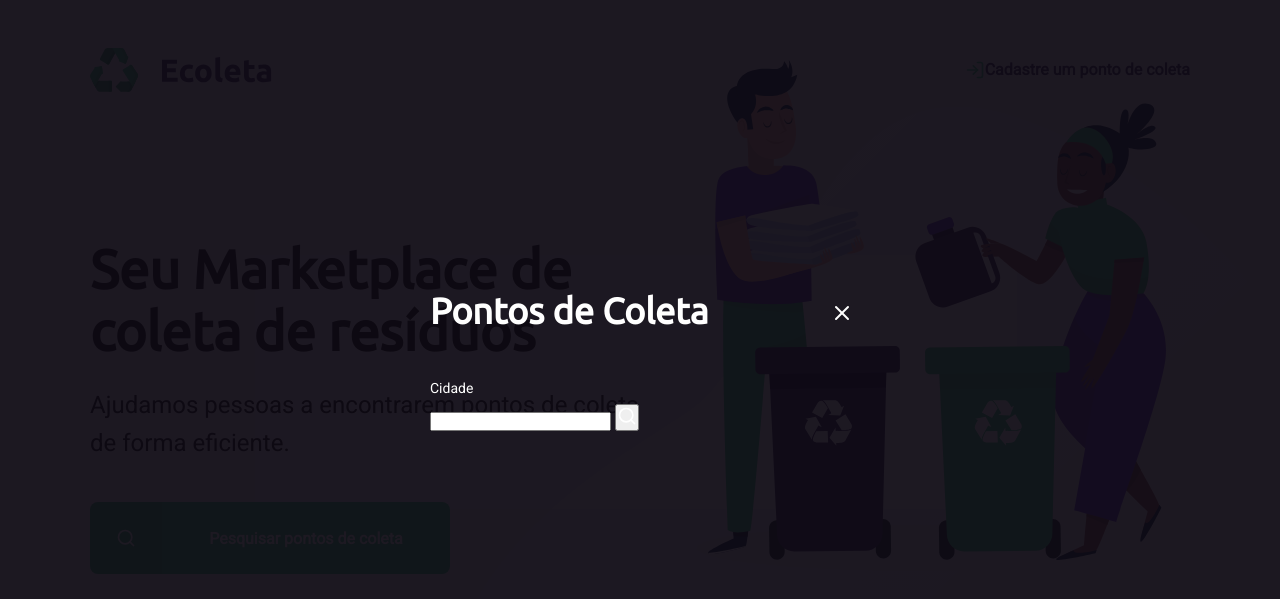
Repository: ivobass/NextLevelWeek
Page: index.html
An editor plug-in stored every save of this project. The page is shown before and after the next save, followed by the edit.
The browser window is 1280 px wide. The pictures show the whole page.

Above is the page before, as saved 2020-06-03 22:52:11.

After the next save:
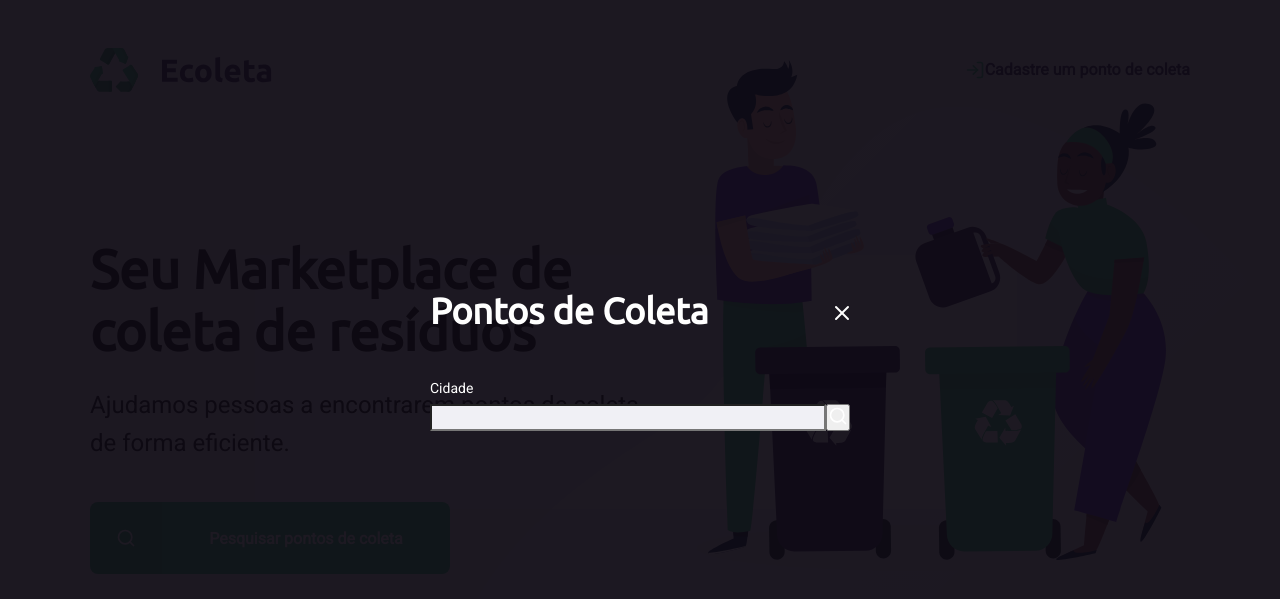
Saved 107 s later.
--- a/styles/modal.css
+++ b/styles/modal.css
@@ -41,3 +41,12 @@
     display: block;
     margin-bottom: 8px;
 }
+
+#modal form .field {
+    display: flex;
+}
+
+#modal form input {
+    flex: 1;
+    background-color: #f0f0f5;
+}
